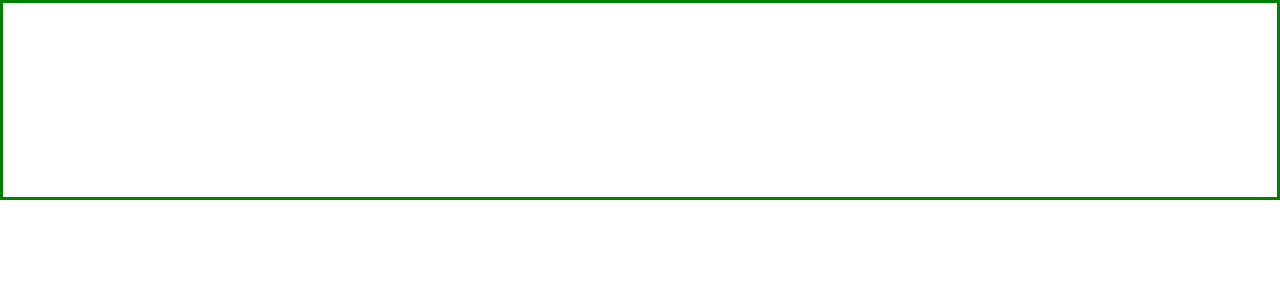
Repository: tts2610/React-Intro
Page: /
An editor plug-in stored every save of this project. The page is shown before and after the next save, followed by the edit.
The browser window is 1280 px wide. The pictures show the whole page.
Some web libraries are served in a nearby version. The project was rebuilt for these pictures with package versions that can differ from the ones it lists, and the page was loaded fresh each time. Also part of the build but not shown: src/components/ChoiceCard.js, src/components/Button.js, src/components/Result.js, src/components/History.js.

Above is the page before, as saved 2020-05-26 23:41:14.

### public/index.html
<!DOCTYPE html>
<html lang="en">

<head>
    <meta charset="utf-8" />
    <link rel="icon" href="%PUBLIC_URL%/favicon.ico" />
    <meta name="viewport" content="width=device-width, initial-scale=1" />
    <meta name="theme-color" content="#000000" />
    <meta name="description" content="Web site created using create-react-app" />
    <link rel="apple-touch-icon" href="%PUBLIC_URL%/logo192.png" />
    <!--
      manifest.json provides metadata used when your web app is installed on a
      user's mobile device or desktop. See https://developers.google.com/web/fundamentals/web-app-manifest/
    -->
    <link rel="manifest" href="%PUBLIC_URL%/manifest.json" />
    <!--
      Notice the use of %PUBLIC_URL% in the tags above.
      It will be replaced with the URL of the `public` folder during the build.
      Only files inside the `public` folder can be referenced from the HTML.

      Unlike "/favicon.ico" or "favicon.ico", "%PUBLIC_URL%/favicon.ico" will
      work correctly both with client-side routing and a non-root public URL.
      Learn how to configure a non-root public URL by running `npm run build`.
    -->
    <title>React App</title>
    <link rel="stylesheet" href="https://maxcdn.bootstrapcdn.com/bootstrap/4.0.0/css/bootstrap.min.css" integrity="sha384-Gn5384xqQ1aoWXA+058RXPxPg6fy4IWvTNh0E263XmFcJlSAwiGgFAW/dAiS6JXm" crossorigin="anonymous">
</head>

<body>
    <noscript>You need to enable JavaScript to run this app.</noscript>
    <div id="root"></div>
    <!--
      This HTML file is a template.
      If you open it directly in the browser, you will see an empty page.

      You can add webfonts, meta tags, or analytics to this file.
      The build step will place the bundled scripts into the <body> tag.

      To begin the development, run `npm start` or `yarn start`.
      To create a production bundle, use `npm run build` or `yarn build`.
    -->
    <script src="https://code.jquery.com/jquery-3.2.1.slim.min.js" integrity="sha384-KJ3o2DKtIkvYIK3UENzmM7KCkRr/rE9/Qpg6aAZGJwFDMVNA/GpGFF93hXpG5KkN" crossorigin="anonymous"></script>
    <script src="https://cdnjs.cloudflare.com/ajax/libs/popper.js/1.12.9/umd/popper.min.js" integrity="sha384-ApNbgh9B+Y1QKtv3Rn7W3mgPxhU9K/ScQsAP7hUibX39j7fakFPskvXusvfa0b4Q" crossorigin="anonymous"></script>
    <script src="https://maxcdn.bootstrapcdn.com/bootstrap/4.0.0/js/bootstrap.min.js" integrity="sha384-JZR6Spejh4U02d8jOt6vLEHfe/JQGiRRSQQxSfFWpi1MquVdAyjUar5+76PVCmYl" crossorigin="anonymous"></script>
</body>

</html>

### src/App.js
import React , {Component } from 'react';
import './App.css';
import ChoiceCard from './components/ChoiceCard';
import Button from './components/Button';
import Result from './components/Result';
import History from './components/History';


const choices = {
  rock:
    "https://opengameart.org/sites/default/files/forum-attachments/very%20simple%20rock_0.png",
  paper: "http://pngimagesfree.com/Paper/Thumb/blank-note-paper-free-clipa.png",
  scissor: "http://www.pngmart.com/files/1/Scissors-PNG-Pic.png"
};

export default class App extends Component{
    // const [choiceDic,setChoice] = useState({me:{winner:1,imgURL:choices.rock},computer:{winner:0,imgURL:choices.scissor}})
  constructor(props){
    super(props);
    this.state = {
      isStart:false,
      me:{winner:1,imgURL:"http://www.pngmart.com/files/1/Scissors-PNG-Pic.png"},
      computer:{winner:0,imgURL:"http://pngimagesfree.com/Paper/Thumb/blank-note-paper-free-clipa.png"},
      history:[]
    }
  }

  randomProperty = function (obj) {
    let keys = Object.keys(obj);
    let randomNum = keys.length * Math.random() << 0;
    return [obj[keys[randomNum]],keys[randomNum]];
  };

  handleClick = (myChoice)=>{
    let random = this.randomProperty(choices)
    let computerChoice = random[1];
    let myWinnerState;
    let computerWinnerState;
    if ((myChoice==='rock' && computerChoice==='scissor')||(myChoice==='paper' && computerChoice==='rock')|| (myChoice==='scissor' && computerChoice==='paper')) {
        myWinnerState = 1;
        computerWinnerState = 0;
    }else if((computerChoice==='rock' && myChoice==='scissor')||(computerChoice==='paper' && myChoice==='rock')|| (computerChoice==='scissor' && myChoice==='paper')){
        computerWinnerState = 1;
        myWinnerState = 0;
    }
    else{
        computerWinnerState = 2;
        myWinnerState = 2;
    }
    this.setState({
      me: {winner:myWinnerState,imgURL:choices[myChoice]},
      computer:{winner:computerWinnerState,imgURL:random[0]},
      history:[...this.state.history,[myWinnerState,computerWinnerState]]
    },()=>{
      console.log(this.state.history)
    });

  }

  render(){

    if(!this.state.isStart){
      return(<div className="center">

      </div>)
    }
    return (
      <div className="App">
        <div className="row">
          <div className="col-6">
              <ChoiceCard title="You" winner={this.state.me.winner} imgURL={this.state.me.imgURL} />
          </div>
          <div className="col-6">
              <ChoiceCard title="Computer" winner={this.state.computer.winner} imgURL={this.state.computer.imgURL}/>
          </div>
        </div>

        <div className="row rowOfButtons">
        <Button type="rock" handleClick={this.handleClick}/>
        <Button type="paper" handleClick={this.handleClick}/>
        <Button type="scissor" handleClick={this.handleClick}/>
        </div>
        <div className="row mx-auto resultContainer py-5">
          <div className="col-md-3 rainbow mr-5 resultInner">
          <Result result={[this.state.me.winner,this.state.computer.winner]}/>
          </div>
          <div className="col-md-3 rainbow">
            <History historyList={this.state.history}/>
          </div>

        </div>
      </div>
    );
  }

}

### src/App.css
.App {
    min-height: 100vh;
    text-align: center;
    background-color: #e9ebee;
}

.rowOfButtons {
    display: flex;
    justify-content: center;
}

.rowOfButtons button {
    width: 100px;
}

.choice-card {
    flex: 1;
    display: flex;
    margin: 100px;
    font-size: 3em;
    padding: 0 40px;
    font-weight: 300;
    text-align: center;
    border-radius: 25px;
    flex-direction: column;
    align-items: center;
    border: 1px solid black;
    background-color: white;
    justify-content: space-around;
    box-shadow: 0 4px 8px 0 rgba(0, 0, 0, 0.2), 0 6px 20px 0 rgba(0, 0, 0, 0.19);
}

img {
    width: 250px;
    height: 250px;
}

h1 {
    font-size: 50px;
}

.winner {
    color: green;
    border: 10px solid green;
}

.loser {
    color: red;
    border: 10px solid red;
}

.tie {
    border: 10px solid black;
}

.result {
    width: max-content;
    display: flex;
    justify-content: center;
}

@-webkit-keyframes rotate {
    100% {
        -webkit-transform: rotate(1turn);
        transform: rotate(1turn);
    }
}

@keyframes rotate {
    100% {
        -webkit-transform: rotate(1turn);
        transform: rotate(1turn);
    }
}

.rainbow {
    position: relative;
    z-index: 0;
    width: 400px;
    height: 300px;
    border-radius: 10px;
    overflow: hidden;
    padding: 2rem;
    padding-bottom: 50px;
}

.rainbow::before {
    content: '';
    position: absolute;
    z-index: -2;
    left: -50%;
    top: -50%;
    width: 200%;
    height: 200%;
    background-color: #399953;
    background-repeat: no-repeat;
    background-size: 50% 50%, 50% 50%;
    background-position: 0 0, 100% 0, 100% 100%, 0 100%;
    background-image: -webkit-gradient(linear, left top, left bottom, from(#399953), to(#399953)), -webkit-gradient(linear, left top, left bottom, from(#fbb300), to(#fbb300)), -webkit-gradient(linear, left top, left bottom, from(#d53e33), to(#d53e33)), -webkit-gradient(linear, left top, left bottom, from(#377af5), to(#377af5));
    background-image: linear-gradient(#399953, #399953), linear-gradient(#fbb300, #fbb300), linear-gradient(#d53e33, #d53e33), linear-gradient(#377af5, #377af5);
    -webkit-animation: rotate 4s linear infinite;
    animation: rotate 4s linear infinite;
}

.rainbow::after {
    content: '';
    position: absolute;
    z-index: -1;
    left: 6px;
    top: 6px;
    width: calc(100% - 12px);
    height: calc(100% - 12px);
    background: white;
    border-radius: 5px;
}

.resultInner {
    display: flex;
    align-items: center;
    justify-content: center;
}

.resultContainer {
    justify-content: center;
}

.center {
    display: flex;
    justify-content: center;
    align-items: center;
    height: 200px;
    border: 3px solid green;
}

Loaded but not shown: src/index.js (common file); src/index.css (common file); src/serviceWorker.js (common file)

After the next save:
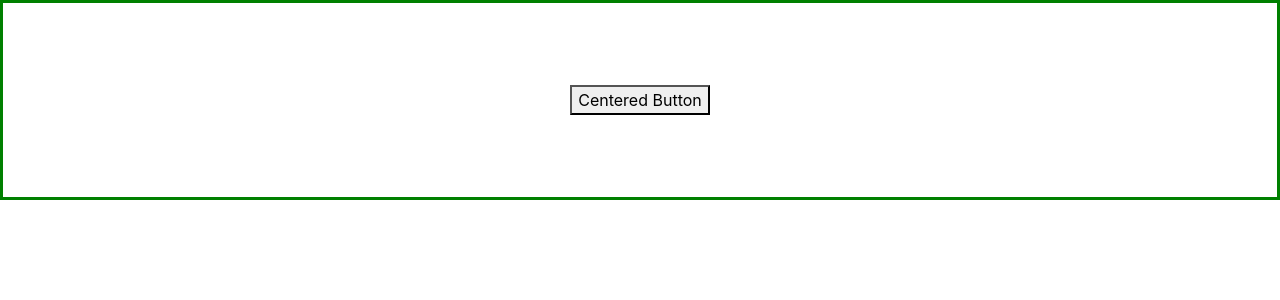
Saved 17 s later.
--- a/src/App.js
+++ b/src/App.js
@@ -61,7 +61,7 @@ export default class App extends Component{
 
     if(!this.state.isStart){
       return(<div className="center">
-
+          <button>Centered Button</button>
       </div>)
     }
     return (
